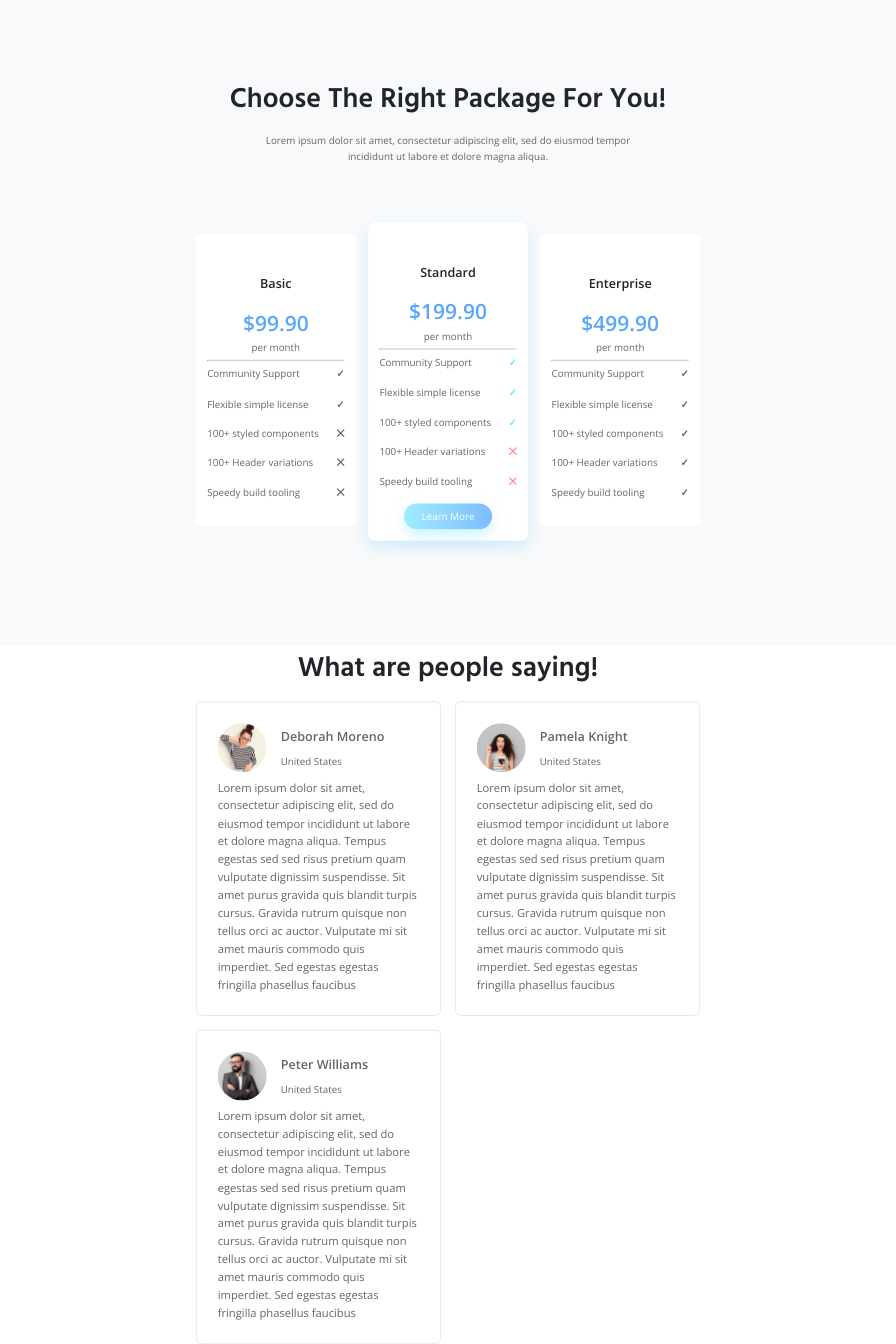
Repository: Sc-Juju/CodeRad
Page: index.html
An editor plug-in stored every save of this project. The page is shown before and after the next save, followed by the edit.
The browser window is 1280 px wide. The pictures show the part of the page from y = 2393 to 4313 px (the page is 4313 px tall), at 70% of full size.

Above is the page before, as saved 2022-11-11 21:46:21.

### index.html
<!DOCTYPE html>
<html>
	<head>
		<meta charset="utf-8" />
		<meta http-equiv="X-UA-Compatible" content="IE=edge" />
		<title>CodeRad</title>
		<meta name="description" content="" />
		<meta name="viewport" content="width=device-width, initial-scale=1" />

		<link
			href="https://fonts.googleapis.com/css2?family=Open+Sans:wght@300;400;600;700&display=swap"
			rel="stylesheet"
		/>
		<link
			href="https://fonts.googleapis.com/css2?family=Hind:wght@300;400;500;600;700&display=swap"
			rel="stylesheet"
		/>

		<link rel="stylesheet" href="./css/default.css" />
		<link rel="stylesheet" href="./css/styles.css" />
		<link rel="stylesheet" href="./css/responsive.css" />
	</head>
	<body>
		<nav class="navbar nav">
			<div class="container">
				<button
					class="navbar-toggler"
					aria-expanded="false"
					aria-controls="navbarDropdown"
				>
					<span>&#9776;</span>
				</button>
				<a class="navbar-brand" href="index.html">CodeRad</a>
				<ul class="navbar-nav">
					<li class="nav-link">
						<a href="#">Home</a>
					</li>

					<li class="nav-link">
						<a href="#">Blog</a>
					</li>
					<li class="nav-link">
						<a href="#">Portfolio</a>
					</li>
					<li class="nav-link">
						<a href="#">Contact</a>
					</li>
				</ul>
			</div>
		</nav>

		<header class="bg-header">
			<div class="container">
				<div class="hero-wrapper">
					<h2 class="hero-header">
						Young in our spirits and <br />
						modern look.
					</h2>
					<a class="btn btn-white" href="#">Learn more</a>
				</div>
			</div>
		</header>
		<!--Why me-->
		<section>
			<div class="container why-me-wrapper">
				<div class="block-text">
					<span>Why choose me</span>
					<h2>
						Meeting Your Needs <br />
						In Website Building
					</h2>
					<p>
						Lorem ipsum dolor sit amet, consectetur adipiscing elit,
						sed do eiusmod tempor incididunt ut labore et dolore
						magna aliqua.
					</p>
					<a href="" class="btn btn-primary">Learn More</a>
				</div>
				<div>
					<img src="./CodeRad-assets/image2.svg" alt="Icon Chart" />
				</div>
			</div>
		</section>
		<!--Services-->
		<section class="bg-contrast">
			<div class="container service-grid">
				<div class="service-card">
					<span class="bg-color-1"></span>
					<div>
						<h3>Branding</h3>
						<p>
							Lorem ipsum dolor sit amet, consectetur adipiscing
							elit, sed do eiusmod tempor incididunt ut labore et
							dolore magna aliqua. Ut morbi tincidunt augue
							interdum velit euismod in pellentesque. Congue
							mauris rhoncus aenean vel.
						</p>
					</div>
				</div>
				<div class="service-card">
					<span class="bg-color-2"></span>
					<div>
						<h3>Design & UX</h3>
						<p>
							Lorem ipsum dolor sit amet, consectetur adipiscing
							elit, sed do eiusmod tempor incididunt ut labore et
							dolore magna aliqua. Ut morbi tincidunt augue
							interdum velit euismod in pellentesque. Congue
							mauris rhoncus aenean vel.
						</p>
					</div>
				</div>
				<div class="service-card">
					<span class="bg-color-3"></span>
					<div>
						<h3>Development</h3>
						<p>
							Lorem ipsum dolor sit amet, consectetur adipiscing
							elit, sed do eiusmod tempor incididunt ut labore et
							dolore magna aliqua. Ut morbi tincidunt augue
							interdum velit euismod in pellentesque. Congue
							mauris rhoncus aenean vel.
						</p>
					</div>
				</div>
				<div class="service-card">
					<span class="bg-color-4"></span>
					<div>
						<h3>User analysis</h3>
						<p>
							Lorem ipsum dolor sit amet, consectetur adipiscing
							elit, sed do eiusmod tempor incididunt ut labore et
							dolore magna aliqua. Ut morbi tincidunt augue
							interdum velit euismod in pellentesque. Congue
							mauris rhoncus aenean vel.
						</p>
					</div>
				</div>
				<div class="service-card">
					<span class="bg-color-5"></span>
					<div>
						<h3>UX Research</h3>
						<p>
							Lorem ipsum dolor sit amet, consectetur adipiscing
							elit, sed do eiusmod tempor incididunt ut labore et
							dolore magna aliqua. Ut morbi tincidunt augue
							interdum velit euismod in pellentesque. Congue
							mauris rhoncus aenean vel.
						</p>
					</div>
				</div>
				<div class="service-card">
					<span class="bg-color-6"></span>
					<div>
						<h3>SEO Service</h3>
						<p>
							Lorem ipsum dolor sit amet, consectetur adipiscing
							elit, sed do eiusmod tempor incididunt ut labore et
							dolore magna aliqua. Ut morbi tincidunt augue
							interdum velit euismod in pellentesque. Congue
							mauris rhoncus aenean vel.
						</p>
					</div>
				</div>
			</div>
		</section>

		<!--Video Demo-->
		<section class="video-demo">
			<div class="container">
				<div class="block-text">
					<h2>Telling Our Story</h2>
					<p>
						Lorem ipsum dolor sit amet, consectetur adipiscing elit,
						sed do eiusmod tempor <br />
						incididunt ut labore et dolore magna aliqua.
					</p>
				</div>
				<div class="video-box">
					<a href="#" class="video-btn">
						<img
							src="./CodeRad-assets/play.svg"
							alt="Play Video Button"
						/>
					</a>
					<img
						src="./CodeRad-assets/demo-video-thumbnail.jpg"
						alt="Video thumbnail"
					/>
				</div>
			</div>
		</section>

		<!--Pricing plans-->
		<section class="bg-contrast">
			<div class="block-text pricing-header">
				<h2>Choose The Right Package For You!</h2>
				<p>
					Lorem ipsum dolor sit amet, consectetur adipiscing elit, sed
					do eiusmod tempor <br />
					incididunt ut labore et dolore magna aliqua.
				</p>
			</div>
			<div class="pricing-table">
				<div class="price-card">
					<h3>Basic</h3>
					<div class="price">$99.90</div>
					<div class="billed">per month</div>
					<hr />
					<ul>
						<li>
							<span class="title">Community Support</span>
							<span class="icon">&#10003;</span>
						</li>
						<li>
							<span class="title">Flexible simple license</span>
							<span class="icon">&#10003;</span>
						</li>
						<li>
							<span class="title">100+ styled components</span>
							<span class="icon">&#10761;</span>
						</li>
						<li>
							<span class="title">100+ Header variations</span>
							<span class="icon">&#10761;</span>
						</li>
						<li>
							<span class="title">Speedy build tooling</span>
							<span class="icon">&#10761;</span>
						</li>
					</ul>
				</div>

				<div class="price-card featured">
					<h3>Standard</h3>
					<div class="price">$199.90</div>
					<div class="billed">per month</div>
					<hr />
					<ul>
						<li>
							<span class="title">Community Support</span>
							<span class="icon checked">&#10003;</span>
						</li>
						<li>
							<span class="title">Flexible simple license</span>
							<span class="icon checked">&#10003;</span>
						</li>
						<li>
							<span class="title">100+ styled components</span>
							<span class="icon checked">&#10003;</span>
						</li>
						<li>
							<span class="title">100+ Header variations</span>
							<span class="icon times">&#10761;</span>
						</li>
						<li>
							<span class="title">Speedy build tooling</span>
							<span class="icon times">&#10761;</span>
						</li>
						<div class="plan-btn-wrapper">
							<a href="" class="btn btn-primary">Learn More</a>
						</div>
					</ul>
				</div>

				<div class="price-card">
					<h3>Enterprise</h3>
					<div class="price">$499.90</div>
					<div class="billed">per month</div>
					<hr />
					<ul>
						<li>
							<span class="title">Community Support</span>
							<span class="icon">&#10003;</span>
						</li>
						<li>
							<span class="title">Flexible simple license</span>
							<span class="icon">&#10003;</span>
						</li>
						<li>
							<span class="title">100+ styled components</span>
							<span class="icon">&#10003;</span>
						</li>
						<li>
							<span class="title">100+ Header variations</span>
							<span class="icon">&#10003;</span>
						</li>
						<li>
							<span class="title">Speedy build tooling</span>
							<span class="icon">&#10003;</span>
						</li>
					</ul>
				</div>
			</div>
		</section>

		<!--Testimonials-->
		<section class="testimonials">
			<div class="block-text">
				<h2>What are people saying!</h2>
			</div>
			<div class="testimonial-grid">
				<div class="testimonial-card">
					<div class="top">
						<img
							src="./CodeRad-assets/1.png"
							alt=""
							class="profile"
						/>
						<div class="top-info">
							<h4>Deborah Moreno</h4>
							<span>United States</span>
						</div>
					</div>
					<div class="bottom">
						<p>
							Lorem ipsum dolor sit amet, consectetur adipiscing
							elit, sed do eiusmod tempor incididunt ut labore et
							dolore magna aliqua. Tempus egestas sed sed risus
							pretium quam vulputate dignissim suspendisse. Sit
							amet purus gravida quis blandit turpis cursus.
							Gravida rutrum quisque non tellus orci ac auctor.
							Vulputate mi sit amet mauris commodo quis imperdiet.
							Sed egestas egestas fringilla phasellus faucibus
						</p>
					</div>
				</div>

				<div class="testimonial-card">
					<div class="top">
						<img
							src="./CodeRad-assets/2.png"
							alt=""
							class="profile"
						/>
						<div class="top-info">
							<h4>Pamela Knight</h4>
							<span>United States</span>
						</div>
					</div>
					<div class="bottom">
						<p>
							Lorem ipsum dolor sit amet, consectetur adipiscing
							elit, sed do eiusmod tempor incididunt ut labore et
							dolore magna aliqua. Tempus egestas sed sed risus
							pretium quam vulputate dignissim suspendisse. Sit
							amet purus gravida quis blandit turpis cursus.
							Gravida rutrum quisque non tellus orci ac auctor.
							Vulputate mi sit amet mauris commodo quis imperdiet.
							Sed egestas egestas fringilla phasellus faucibus
						</p>
					</div>
				</div>

				<div class="testimonial-card">
					<div class="top">
						<img
							src="./CodeRad-assets/3.png"
							alt=""
							class="profile"
						/>
						<div class="top-info">
							<h4>Peter Williams</h4>
							<span>United States</span>
						</div>
					</div>
					<div class="bottom">
						<p>
							Lorem ipsum dolor sit amet, consectetur adipiscing
							elit, sed do eiusmod tempor incididunt ut labore et
							dolore magna aliqua. Tempus egestas sed sed risus
							pretium quam vulputate dignissim suspendisse. Sit
							amet purus gravida quis blandit turpis cursus.
							Gravida rutrum quisque non tellus orci ac auctor.
							Vulputate mi sit amet mauris commodo quis imperdiet.
							Sed egestas egestas fringilla phasellus faucibus
						</p>
					</div>
				</div>
			</div>
		</section>
	</body>
</html>

### css/default.css
:root{
    --white:#fff;
    --black: #000;
    --font-color-base:#666;
    --font-color-dark:#212529;
    --font-color-light:#b0aebe;
    --font-color-link:#57a6ff;
    --footer:#34314b;
    --footer-base:2e2b45;
    --contrast:rgba(246, 248, 249, 0.8);
    --success: #64ecf5;
    --danger:#ff8b8d;
    --grad-1:#a1ecff;
    --grad-2:#7dbcff;


    --size-10:0.625rem;
    --size-14:0.875rem;
    --size-16:1rem;
    --size-18:1.125rem;
    --size-20:1.25rem;
    --size-30:1.875rem;
    --size-40:2.5rem;
    --size-50:3.125rem;
    --size-100:6.25rem;
    --size-150:9.375rem;
}
body{
    font-family:"Open Sans", sans-serif;
    font-weight: 400;
    font-size:0.875rem;
    line-height: 1.6;
    letter-spacing: 0;
    color: var(--font-color-base);
    margin:0;
    padding:0;
}
*,
::after,
::before{
    box-sizing: border-box;
}
ul{
    padding:0;
    margin:0;
    list-style: none;
}
a {text-decoration: none;}
p {margin-top:0;}
h2{
    font-size:1.75rem;
    font-weight:500;
    line-height:1.2;
}
img {
    width:100%;
    max-width:100%;
    vertical-align:middle;
    border-style: none;
}
.container{
    width: 100%;
    padding-left:15px;
    padding-right:15px;
    margin-right:auto;
    margin-left:auto;
}

.btn{
    display: inline-block;
    font-weight: 400;
    color: var(--font-color-dark);
    text-align: center;
    cursor: pointer;
    user-select: none;
    background-color: transparent;
    border: 1px solid transparent;
    padding: .375rem .75rem;
    border-radius:1.25rem;
    transition: ease-in-out .3s;
}
.btn-primary{
    background-image: linear-gradient(90deg, var(--grad-1)0%, var(--grad-2)100%);
    border: 1px var(--grad-1);
    box-shadow: 0 10px 20px rgba(161, 236, 255, .5);
    transition: ease-in-out .3s;
    color: var(--white);
    padding: .4375rem 1.5625rem;
}

.btn-white{
    background-color: var(--white);
    color: var(--font-color-link);
    box-shadow: 0px 10px 20px rgba(255, 255, 255, .35);
    padding: .475rem 1.75rem;
}

@media (min-width:1200px){
    .container{ max-width: 1140px; }
}
@media (min-width:768px){
    .pricing-table,
    .testimonial-grid{max-width:720px;}
}

### css/styles.css
.navbar{
    position: fixed;
    top: 0;
    right: 0;
    left: 0;
    z-index: 200;
    transition: ease-in-out .3s;
}
[aria-controls="navbarDropdown"]{
    display:none;
}
.navbar-nav{
    display: flex;
    align-items: center;
}
.navbar .container{
    display: flex;
    align-items: center;
}
.navbar-brand{
    margin-right:auto;
    font-size: 2rem;
    font-weight: 700;
    width: 100%;
    transition: ease-in-out .3s;
    color: var(--white);

}
.bg-header,
.video-demo{
    background-color: var(--footer);
    background-repeat: no-repeat;
    background-size: cover;
    background-position:50% 20%;
    position: relative;
    z-index: 1;
    padding: 4.6875rem 0;
}
.bg-header{background-image: url(../CodeRad-assets/bg-header-1.jpg);}
.video-demo{background-image: url(../CodeRad-assets/bg-demo.jpg);}
.bg-header::before{
    background-image: linear-gradient(30deg,
    rgba(21,27,38, .8)0%,
    rgba(0,0,0,.2)100%);
    position: absolute;
    content:"";
    top: 0;
    left: 0;
    right: 0;
    bottom: 0;
    width: 100%;
    height: 100%;
    z-index: -1;
}
.nav-link a{
    color: var(--white);
    font-size: .8125rem;
    font-weight: 600;
    font-family: "Hind", sans-serif;
    text-transform: uppercase;
    margin-right: 2.5rem;
    line-height: 1.25rem;
}
.hero-header{
    color: var(--white);
}
.why-me-wrapper{
    display: flex;
    align-items: center;
}
.why-me-wrapper div{
    flex: 1;
}
.block-text{
    padding-right: var(--size-50);
}
.block-text span{
    color: var(--font-color-dark);
    font-weight: 300;
}
.block-text h2{
    font-size: var(--size-40);
    font-family: "Hind", sans-serif;
    font-weight: 600;
    color: var(--font-color-dark);
    margin-bottom: var(--size-20);
    line-height: 1.3;
    margin-top: 0.5rem;
}
.bg-contrast{
    background-color: var(--contrast);
    padding: var(--size-150) 0;
    margin: 0 auto;
}
.service-grid{
    display: grid;
    grid-template-columns: repeat(auto-fit,minmax(300px, 1fr));
    gap: var(--size-20);
}
.service-card{
    padding: var(--size-30);
    box-shadow: 0 0 10px rgba(48, 63, 100, .15);
    background: white;
    border-radius: 8px;
}
.service-card span{
    width:4.375rem;
    height: 4.375rem;
    background: green;
    display: block;
    float: left;
    margin-right: 15px;
    border-radius: 50%;
    background: var(--font-color-light);
}
span.bg-color-1 {background-image: linear-gradient(90deg, #9ccdf3 0%, #94aafd 100%);}
span.bg-color-2 {background-image: linear-gradient(90deg, #55edc0 0%, #4bdbdb 100%);}
span.bg-color-3 {background-image: linear-gradient(90deg, #fda498 0%, #f58b9e 100%);}
span.bg-color-4 {background-image: linear-gradient(90deg, #f2a7ca 0%, #c289f4 100%);}
span.bg-color-5 {background-image: linear-gradient(90deg, #ffc187 0%, #fe93a7 100%);}
span.bg-color-6 {background-image: linear-gradient(90deg, #a1ecff 0%, #7dbcff 100%);}

.video-demo{text-align: center;}
.video-demo .block-text{padding-right: 0;}

.video-demo .block-text h2,
.video-demo .block-text p{
    color: var(--white);
}

.video-btn{
    position: absolute;
    top: 50%;
    left: 50%;
    transform: translate(-50%, -50%);
    box-shadow: 0 10px 20px rgba(57, 166, 251, .3);
}
.video-btn img{
    height: var(--size-100);
    width: var(--size-100);
}
.video-box{
    position: relative;
    margin-bottom: -9.375rem;
    z-index: 100;
}
.video-box > img{
    max-width: 600px;
    border-radius: 8px;
}
.block-text.pricing-header{
    text-align: center;
    padding-right: 0;
    margin: var(--size-100) 0;
}
.pricing-table{
    display: grid;
    grid-template-columns: repeat(auto-fit, minmax(215px, 1fr));
    gap: var(--size-18);
    margin: auto;
    align-items: flex-start;
}
.price-card{
    background-color:var(--white);
    border-radius: 8px;
    padding: var(--size-16);
}
.price-card .checked{color: var(--success);}
.price-card .times{color: var(--danger);}

.price-card.featured{
    box-shadow: 0 10px 20px rgba(82,179,255,.2);
    margin-top: -1rem;
}
.price-card h3{
    margin-top: var(--size-40);
    font-size: var(--size-18);
    color: var(--font-color-dark);
    font-weight: 600;
}
.plan-card hr{margin: 2rem 0 1rem;}
.price{
    color: var(--font-color-link);
    font-size: var(--size-30);
    font-weight: 600;
}
.price-card h3,
.price-card .price,
.price-card .billed{text-align: center;}

.price-card li{margin-bottom: var(--size-20);}
.price-card .icon{
    float: right;
    font-weight:600;
}
.plan-btn-wrapper{text-align: center;}

.testimonial-grid{
    display: grid;
    grid-template-columns: repeat(auto-fit, minmax(300px, 1fr));
    grid-template-rows: 1fr 1fr;
    gap: var(--size-20);
    margin: 0 auto;
}

.testimonials .block-text{
    padding-right: 0;
    text-align: center;
}

.testimonial-card{
    border: 1px solid #dedede;
    border-radius: 8px;
    padding: var(--size-30);
}

.testimonial-card.lg{
    grid-row: 1 / 3;
    grid-column: 1 / 2;
}

.testimonial-card .top{
    display:flex;
    align-items: center;
    padding-bottom: var(--size-10);
}

.testimonial-card img.profile{
    width: 70px;
    border-radius: 50%;
    margin-right: var(--size-20);
}

.top h4{
    margin-top: 0;
    margin-bottom: var(--size-10);
    font-weight: 600;
    font-size: var(--size-18);
}

.bottom p{
    margin: 0;
    font-size: var(--size-16);
    line-height: 1.6;
}

Loaded but not shown: css/responsive.css (no copy from this time; the picture is the same without it)

After the next save:
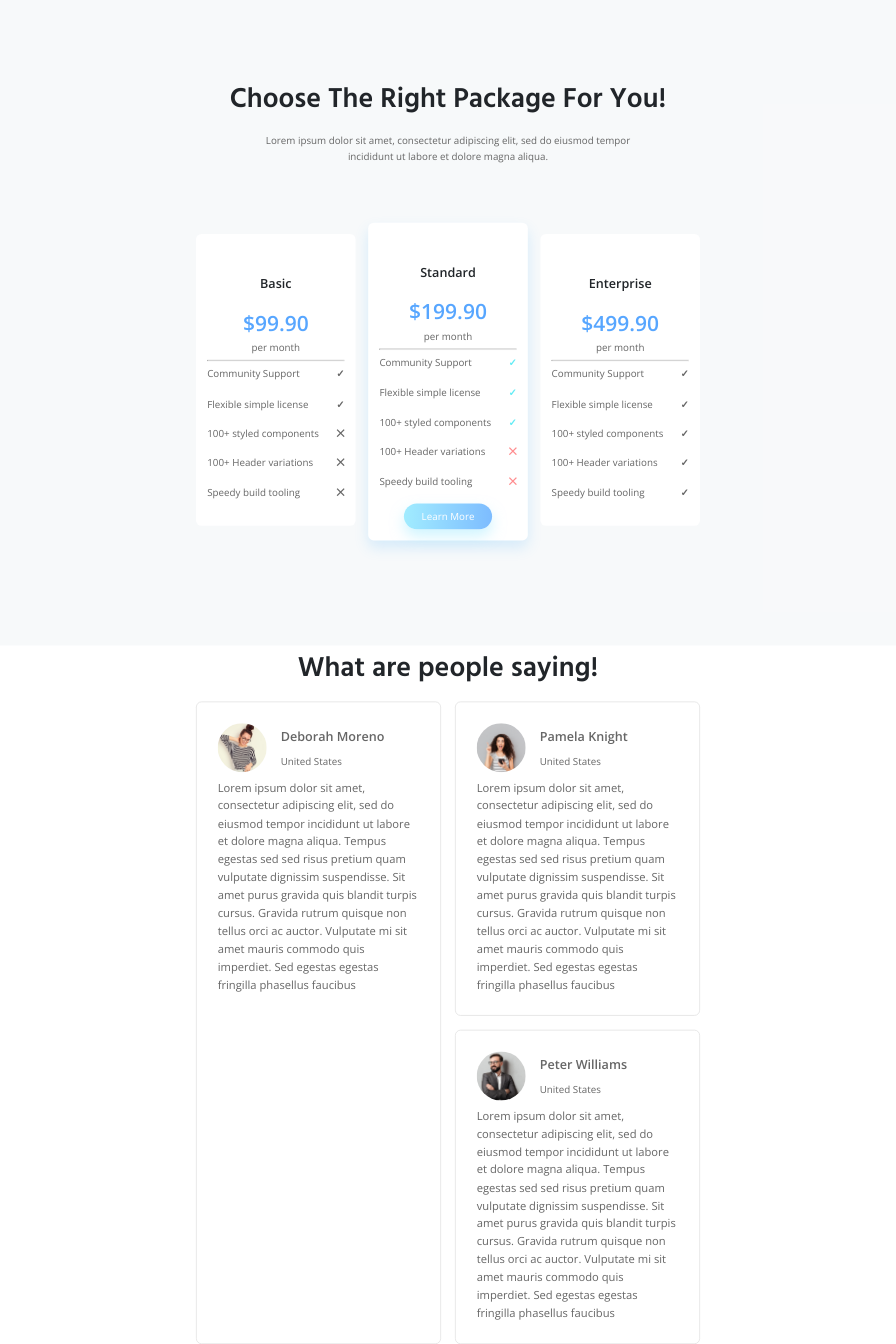
Saved 1 s later.
--- a/index.html
+++ b/index.html
@@ -300,7 +300,7 @@
 				<h2>What are people saying!</h2>
 			</div>
 			<div class="testimonial-grid">
-				<div class="testimonial-card">
+				<div class="testimonial-card lg">
 					<div class="top">
 						<img
 							src="./CodeRad-assets/1.png"
